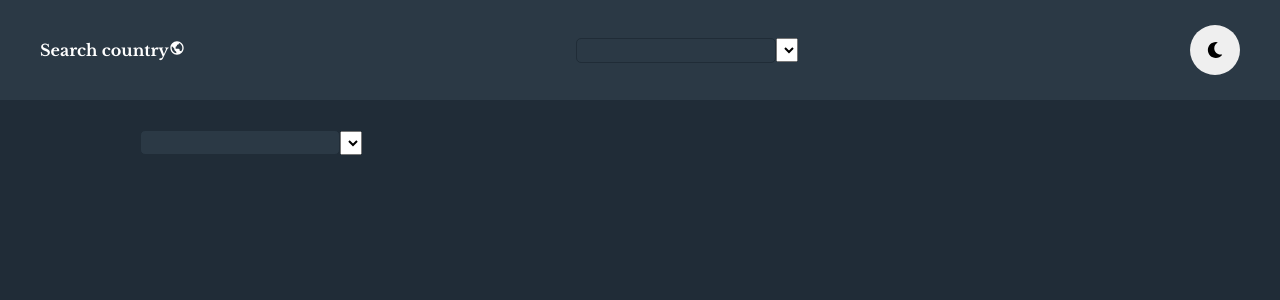
Repository: YuraKrvz/country_search
Page: /
The author's editor kept a copy of each file at every save. The page is drawn from the files as they stood at one save, then again after the next save.
The browser window is 1280 px wide. The pictures show the whole page.
The page's requests for data from a server got no answer. The project was rebuilt for these pictures with package versions that can differ from the ones it lists, and the page was loaded fresh each time. No one was signed in, and anything a server would have sent is missing. Also part of the build but not shown: src/pages/PageCountry.jsx.

Above is the page before, as saved 2021-12-15 03:16:32.

After the next save:
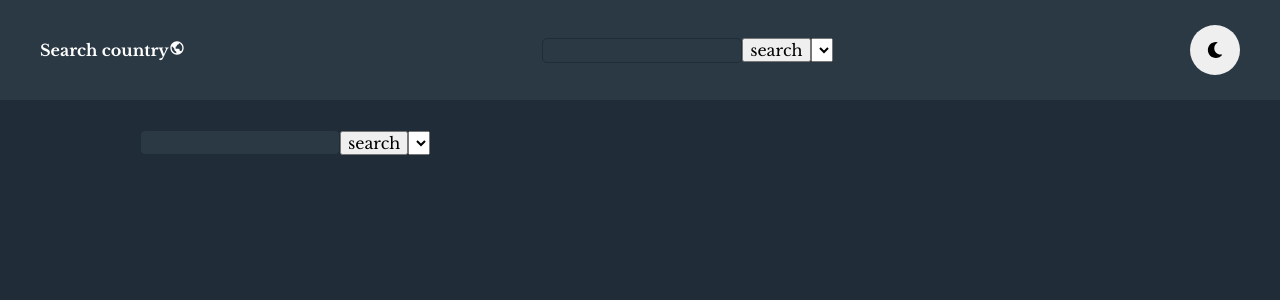
Saved 37 s later.
--- a/src/components/SearchToggle.jsx
+++ b/src/components/SearchToggle.jsx
@@ -29,7 +29,8 @@ function SearchToggle({handler}) {
 
    return (
       <SearchWrapper>
-         <Input ref={inputEl} type='text' onClick={()=> handler(inputEl.current.name)} />
+         <Input ref={inputEl} type='text'  />
+         <button onClick={()=> handler(inputEl.current.name)} >search</button>
          <Select />
       </SearchWrapper>
    )
